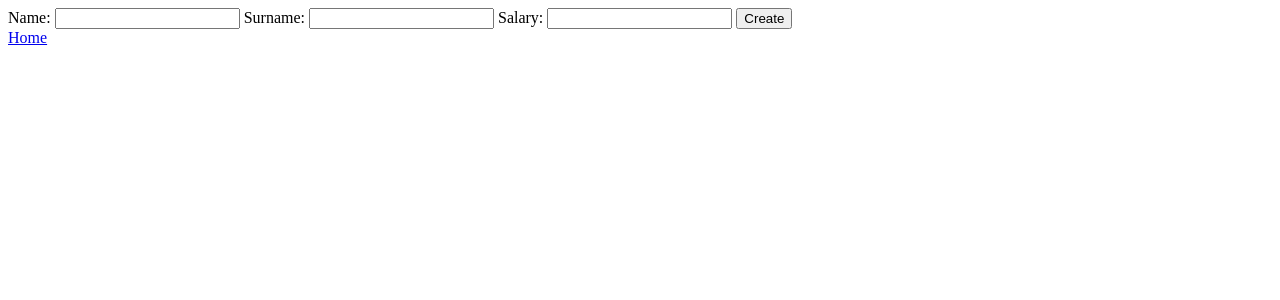
Repository: chistyakova-ann/NT
Page: заглушки/users/eclipse-workspace/myServlet/WebContent/addUser.html
The author's editor kept a copy of each file at every save. The page is drawn from the files as they stood at one save, then again after the next save.
The browser window is 1280 px wide. The pictures show the whole page.

Above is the page before, as saved 2020-10-05 12:42:45.

### заглушки/users/eclipse-workspace/myServlet/WebContent/addUser.html
<!DOCTYPE html>
<html lang="ru,en">
<head>
<meta charset="UTF-8">
<title>Insert title here</title>
</head>
<body>
<form method="post" action="add">
<label>Name:
<input type="text" name="name">
</label>
<label>Surname:
<input type="text" name="surname">
</label>
<label>Salary:
<input type="text" name="salary">
</label>
<button type="submit">Create</button>
</form>
<a href="index.jsp">Home</a>
</body>
</html>

After the next save:
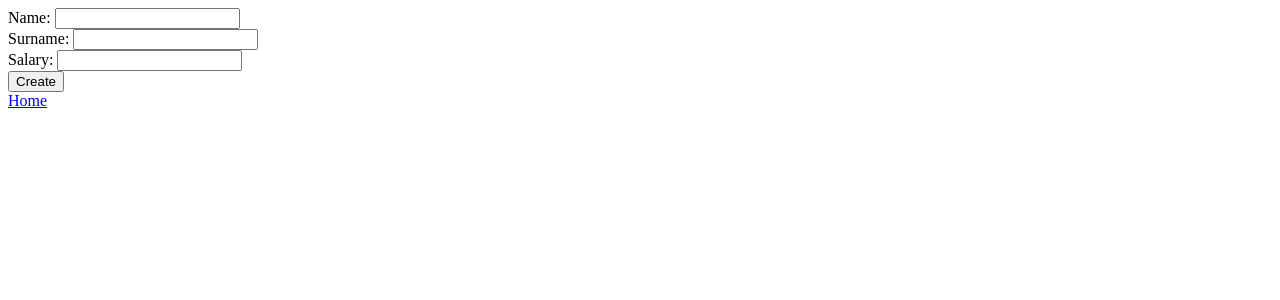
Saved 7 min 17 s later.
--- a/заглушки/users/eclipse-workspace/myServlet/WebContent/addUser.html
+++ b/заглушки/users/eclipse-workspace/myServlet/WebContent/addUser.html
@@ -7,13 +7,13 @@
 <body>
 <form method="post" action="add">
 <label>Name:
-<input type="text" name="name">
+<input type="text" name="name"><br/>
 </label>
 <label>Surname:
-<input type="text" name="surname">
+<input type="text" name="surname"><br/>
 </label>
 <label>Salary:
-<input type="text" name="salary">
+<input type="text" name="salary"><br/>
 </label>
 <button type="submit">Create</button>
 </form>
